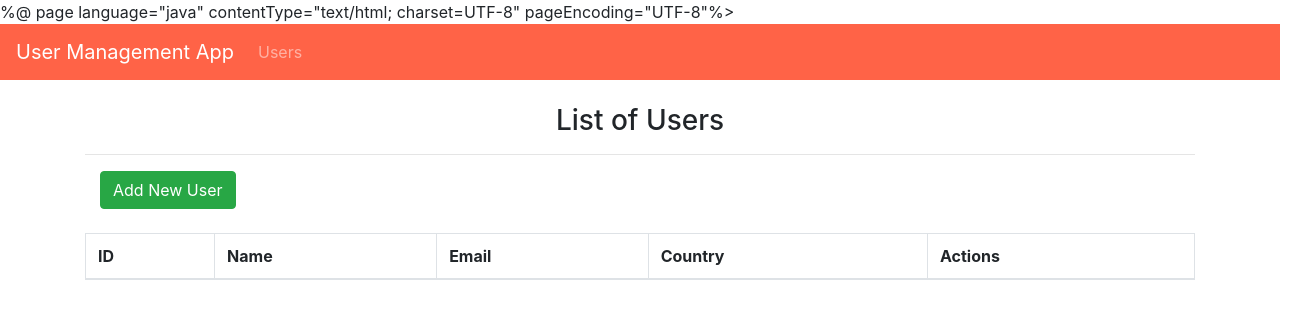
Repository: youssefeddib/ManagSport
Page: http://localhost/Application_du_gestion/
These files come from the project's save history. The page is drawn as it stood at one moment and after the next save; the edit follows.
The browser window is 1280 px wide. The page is 1295 px wide, then 1280 px, so the pictures cover 1295 px, including what lies to the right of the window. The pictures show the whole page.
The page is served by Tomcat 9. Other server files are loaded and not shown.

Above is the page before, as saved 2025-02-12 16:21:10.

### Application du gestion/src/main/webapp/index.jsp
%@ page language="java" contentType="text/html; charset=UTF-8"
 pageEncoding="UTF-8"%>
    <%@ taglib uri="http://java.sun.com/jsp/jstl/core" prefix="c"%>
        <html>

        <head>
            <title>User Management Application</title>
            <link rel="stylesheet" href="https://stackpath.bootstrapcdn.com/bootstrap/4.3.1/css/bootstrap.min.css" integrity="sha384-ggOyR0iXCbMQv3Xipma34MD+dH/1fQ784/j6cY/iJTQUOhcWr7x9JvoRxT2MZw1T" crossorigin="anonymous">
        </head>

        <body>

            <header>
                <nav class="navbar navbar-expand-md navbar-dark" style="background-color: tomato">
                    <div>
                        <a href="https://www.javaguides.net" class="navbar-brand"> User
     Management App </a>
                    </div>

                    <ul class="navbar-nav">
                        <li><a href="<%=request.getContextPath()%>/list" class="nav-link">Users</a></li>
                    </ul>
                </nav>
            </header>
            <br>

            <div class="row">
                <!-- <div class="alert alert-success" *ngIf='message'>{{message}}</div> -->

                <div class="container">
                    <h3 class="text-center">List of Users</h3>
                    <hr>
                    <div class="container text-left">

                        <a href="<%=request.getContextPath()%>/new" class="btn btn-success">Add
     New User</a>
                    </div>
                    <br>
                    <table class="table table-bordered">
                        <thead>
                            <tr>
                                <th>ID</th>
                                <th>Name</th>
                                <th>Email</th>
                                <th>Country</th>
                                <th>Actions</th>
                            </tr>
                        </thead>
                        <tbody>
                            <!--   for (Todo todo: todos) {  -->
                            <c:forEach var="user" items="${listUser}">

                                <tr>
                                    <td>
                                        <c:out value="${user.id}" />
                                    </td>
                                    <td>
                                        <c:out value="${user.name}" />
                                    </td>
                                    <td>
                                        <c:out value="${user.email}" />
                                    </td>
                                    <td>
                                        <c:out value="${user.country}" />
                                    </td>
                                    <td><a href="edit?id=<c:out value='${user.id}' />">Edit</a> &nbsp;&nbsp;&nbsp;&nbsp; <a href="delete?id=<c:out value='${user.id}' />">Delete</a></td>
                                </tr>
                            </c:forEach>
                            <!-- } -->
                        </tbody>

                    </table>
                </div>
            </div>
        </body>

        </html>

After the next save:
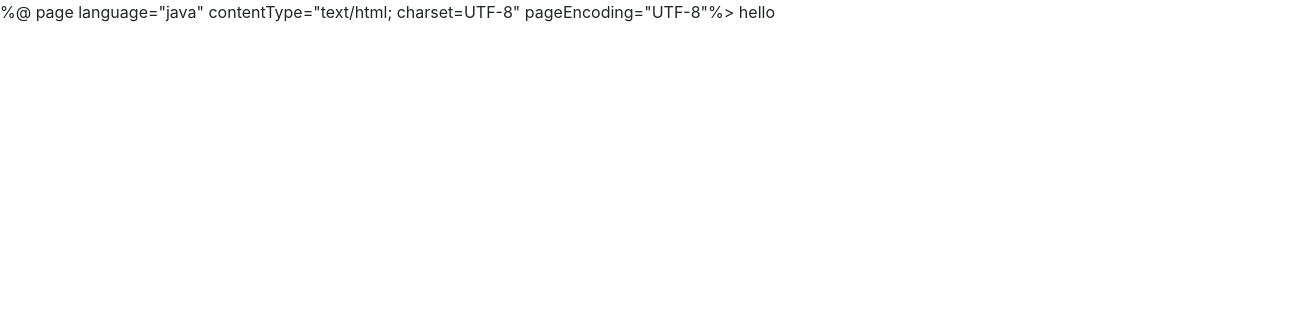
Saved 50 s later.
--- a/Application du gestion/src/main/webapp/index.jsp
+++ b/Application du gestion/src/main/webapp/index.jsp
@@ -10,68 +10,7 @@
 
         <body>
 
-            <header>
-                <nav class="navbar navbar-expand-md navbar-dark" style="background-color: tomato">
-                    <div>
-                        <a href="https://www.javaguides.net" class="navbar-brand"> User
-     Management App </a>
-                    </div>
-
-                    <ul class="navbar-nav">
-                        <li><a href="<%=request.getContextPath()%>/list" class="nav-link">Users</a></li>
-                    </ul>
-                </nav>
-            </header>
-            <br>
-
-            <div class="row">
-                <!-- <div class="alert alert-success" *ngIf='message'>{{message}}</div> -->
-
-                <div class="container">
-                    <h3 class="text-center">List of Users</h3>
-                    <hr>
-                    <div class="container text-left">
-
-                        <a href="<%=request.getContextPath()%>/new" class="btn btn-success">Add
-     New User</a>
-                    </div>
-                    <br>
-                    <table class="table table-bordered">
-                        <thead>
-                            <tr>
-                                <th>ID</th>
-                                <th>Name</th>
-                                <th>Email</th>
-                                <th>Country</th>
-                                <th>Actions</th>
-                            </tr>
-                        </thead>
-                        <tbody>
-                            <!--   for (Todo todo: todos) {  -->
-                            <c:forEach var="user" items="${listUser}">
-
-                                <tr>
-                                    <td>
-                                        <c:out value="${user.id}" />
-                                    </td>
-                                    <td>
-                                        <c:out value="${user.name}" />
-                                    </td>
-                                    <td>
-                                        <c:out value="${user.email}" />
-                                    </td>
-                                    <td>
-                                        <c:out value="${user.country}" />
-                                    </td>
-                                    <td><a href="edit?id=<c:out value='${user.id}' />">Edit</a> &nbsp;&nbsp;&nbsp;&nbsp; <a href="delete?id=<c:out value='${user.id}' />">Delete</a></td>
-                                </tr>
-                            </c:forEach>
-                            <!-- } -->
-                        </tbody>
-
-                    </table>
-                </div>
-            </div>
+            hello
         </body>
 
         </html>
